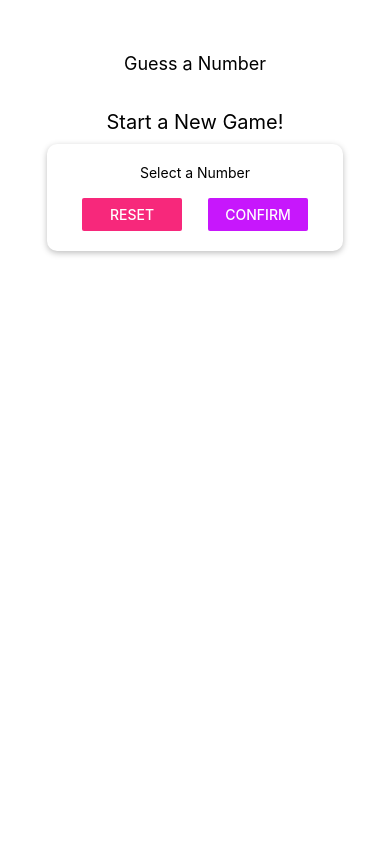
Repository: jes-wd/rn-num-guess
Screen: /
These files come from the project's save history. The screen is drawn as it stood at one moment and after a run of saves; the edit follows.
The app was drawn by React Native's web renderer in a window 390 px wide. The project was rebuilt for these pictures with package versions that can differ from the ones it lists, and the page was loaded fresh each time. Imported but missing from the stored project, and not drawn on this page: components/constants/Colors.

Above is the screen before, as saved 2020-03-21 22:26:47.

### App.js
import React from 'react';
import { StyleSheet, View } from 'react-native';

import Header from './components/Header';
import StartGameScreen from './screens/StartGameScreen';
import Colors from './constants/Colors';

export default function App() {
  return (
    <View style={styles.screen}>
      <Header title="Guess a Number" />
      <StartGameScreen />
    </View>
  );
}

const styles = StyleSheet.create({
  screen: {
    flex: 1
  }
});

### components/Header.js
import React from 'react';
import { View, Text, StyleSheet } from 'react-native';

import Colors from './constants/Colors';

const Header = props => {
  return(
    <View style={styles.header}>
      <Text style={styles.headerTitle}>{props.title}</Text>
    </View>
  );
};

const styles = StyleSheet.create({
  header: {
    width: '100%',
    height: 90,
    paddingTop: 36,
    backgroundColor: Colors.primary,
    alignItems: 'center',
    justifyContent: 'center'
  },
  headerTitle: {
    color: 'black',
    fontSize: 18
  }
});

export default Header;

### screens/StartGameScreen.js
import React from 'react';
import { View, Text, StyleSheet, TextInput, Button } from 'react-native';

import Card from '../components/Card';
import Colors from '../constants/Colors';

const StartGameScreen = props => {
  return (
    <View style={styles.screen}>
      <Text style={styles.title}>Start a New Game!</Text>
      <Card style={styles.inputContainer}>
        <Text>Select a Number</Text>
        <TextInput />
        <View style={styles.buttonContainer}>
          <View style={styles.button}>
            <Button title="Reset" onPress={() => {}} color={Colors.accent} />
          </View>
          <View style={styles.button}>
            <Button title="Confirm" onPress={() => {}} color={Colors.primary} />
          </View>
        </View>
      </Card>
    </View>
  );
};

const styles = StyleSheet.create({
  screen: {
    flex: 1,
    padding: 10,
    alignItems: 'center'
  },
  title: {
    fontSize: 20,
    marginVertical: 10
  },
  inputContainer: {
    width: 300,
    maxWidth: '80%',
    alignItems: 'center'
  },
  buttonContainer: {
    flexDirection: 'row',
    width: '100%',
    justifyContent: 'space-between',
    paddingHorizontal: 15
  },
  button: {
    width: 100
  }
});

export default StartGameScreen;

### constants/Colors.js
export default {
  primary: '#c717fc',
  accent: '#f7287b'
}

Loaded but not shown: components/Card.js (common file)

After the next 2 saves:
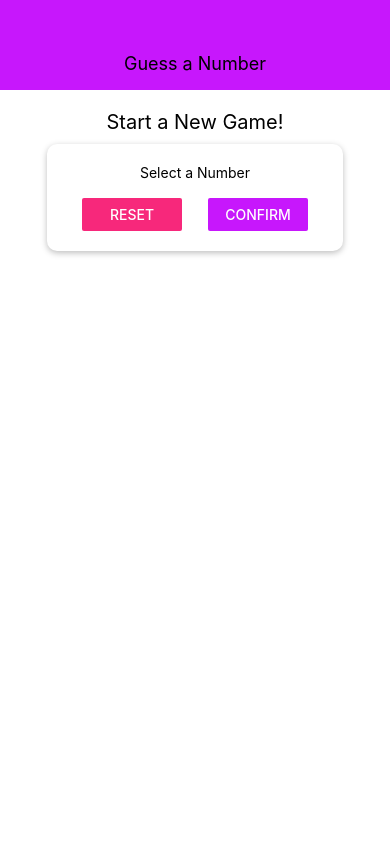
The 2 saves are shown as one change because 1 did not build or start.
The last was saved 32 s later.
--- a/components/Header.js
+++ b/components/Header.js
@@ -1,7 +1,7 @@
 import React from 'react';
 import { View, Text, StyleSheet } from 'react-native';
 
-import Colors from './constants/Colors';
+import Colors from '../constants/Colors';
 
 const Header = props => {
   return(
